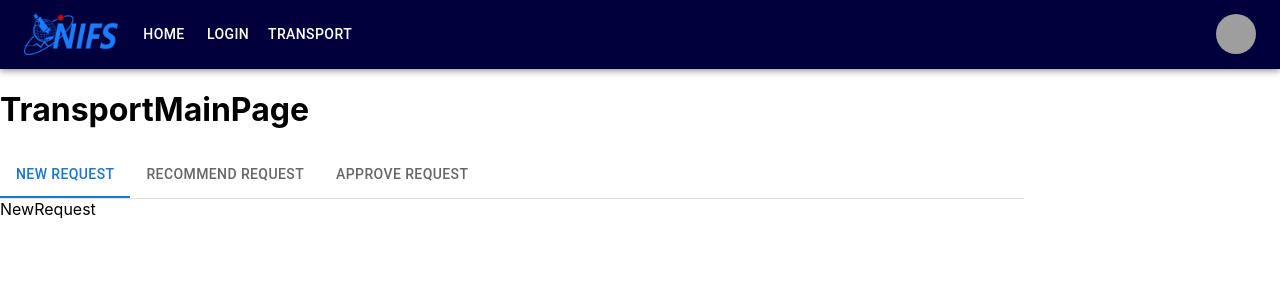
Repository: Ravindu97/NIFS_WebApplication
Page: /transport (app in client/)
These files come from the project's save history. The page is drawn as it stood at one moment and after the next save; the edit follows.
The browser window is 1280 px wide. The pictures show the whole page.
Pictures or frames that could not be fetched are drawn as grey boxes. The project was rebuilt for these pictures with package versions that can differ from the ones it lists, and the page was loaded fresh each time. Also part of the build but not shown: client/src/pages/Home.js, client/src/pages/Login.js, client/src/components/Transport/RecommendedRequest.js, client/src/components/Transport/ApproveRequest.js.

Above is the page before, as saved 2022-06-30 20:46:48.

### client/src/index.css
body {
  margin: 0;
  font-family: -apple-system, BlinkMacSystemFont, 'Segoe UI', 'Roboto', 'Oxygen',
    'Ubuntu', 'Cantarell', 'Fira Sans', 'Droid Sans', 'Helvetica Neue',
    sans-serif;
  -webkit-font-smoothing: antialiased;
  -moz-osx-font-smoothing: grayscale;
}

:root{
  --main-navbar-back: #00003c;

}


.nav-logo{
  width: 100px;
  height: auto;
}

.main-navbar{
  background-color: var(--main-navbar-back) !important;
}

### client/src/App.js
import * as React from 'react';
import { BrowserRouter as Router, Route, Routes } from 'react-router-dom';
import Navbar from './components/shared/Navbar';
import Home from './pages/Home';
import Login from './pages/Login';
import TransportMainPage from './pages/TransportMainPage';

function App() {
	return (
		<div>
			<Router>
				<Navbar />
				<Routes>
					<Route exact path="/" element={<Home />} />
					<Route exact path="/login" element={<Login />} />
					<Route exact path="/transport/*" element={<TransportMainPage />} />
				</Routes>
			</Router>
		</div>
	);
}

export default App;

### client/src/components/shared/Navbar.js
import * as React from 'react';
import AppBar from '@mui/material/AppBar';
import Box from '@mui/material/Box';
import Toolbar from '@mui/material/Toolbar';
import IconButton from '@mui/material/IconButton';
import Typography from '@mui/material/Typography';
import Menu from '@mui/material/Menu';
import MenuIcon from '@mui/icons-material/Menu';
import Container from '@mui/material/Container';
import Avatar from '@mui/material/Avatar';
import Button from '@mui/material/Button';
import Tooltip from '@mui/material/Tooltip';
import MenuItem from '@mui/material/MenuItem';
import { Link } from 'react-router-dom';
import Logo from '../../images/nifs_logo.png';

const Navbar = () => {
	const pages = [
		{
			id: 0,
			title: 'Home',
			link: '/',
		},
		{
			id: 1,
			title: 'Login',
			link: '/login',
		},
		{
			id: 2,
			title: 'Transport',
			link: '/transport',
		},
	];

	const settings = [
		{
			id: 0,
			title: 'Home',
			link: '/',
		},
		{
			id: 1,
			title: 'Login',
			link: '/login',
		},
		{
			id: 2,
			title: 'Transport',
			link: '/transport',
		},
	];

	const [anchorElNav, setAnchorElNav] = React.useState(null);
	const [anchorElUser, setAnchorElUser] = React.useState(null);

	const handleOpenNavMenu = (event) => {
		setAnchorElNav(event.currentTarget);
	};
	const handleOpenUserMenu = (event) => {
		setAnchorElUser(event.currentTarget);
	};

	const handleCloseNavMenu = () => {
		setAnchorElNav(null);
	};

	const handleCloseUserMenu = () => {
		setAnchorElUser(null);
	};

	return (
		<AppBar position="static" className="main-navbar">
			<Container maxWidth="xl">
				<Toolbar disableGutters>
					{/* <AdbIcon sx={{ display: { xs: 'none', md: 'flex' }, mr: 1 }} /> */}
					<Box sx={{ display: { xs: 'none', md: 'flex' }, mr: 1 }}>
						<img src={Logo} alt="logo" className="nav-logo" />
					</Box>

					<Box sx={{ flexGrow: 1, display: { xs: 'flex', md: 'none' } }}>
						<IconButton
							size="large"
							aria-label="account of current user"
							aria-controls="menu-appbar"
							aria-haspopup="true"
							onClick={handleOpenNavMenu}
							color="inherit"
						>
							<MenuIcon />
						</IconButton>
						<Menu
							id="menu-appbar"
							anchorEl={anchorElNav}
							anchorOrigin={{
								vertical: 'bottom',
								horizontal: 'left',
							}}
							keepMounted
							transformOrigin={{
								vertical: 'top',
								horizontal: 'left',
							}}
							open={Boolean(anchorElNav)}
							onClose={handleCloseNavMenu}
							sx={{
								display: { xs: 'block', md: 'none' },
							}}
						>
							{pages &&
								pages.map((page) => (
									<MenuItem key={page.id} onClick={handleCloseNavMenu}>
										<Link to={page.link} style={{ textDecoration: 'none' }}>
											<Typography textAlign="center">{page.title}</Typography>
										</Link>
									</MenuItem>
								))}
						</Menu>
					</Box>

					<Box
						sx={{
							mr: 2,
							display: { xs: 'flex', md: 'none' },
							flexGrow: 1,
						}}
					>
						<img src={Logo} alt="logo" className="nav-logo" />
					</Box>

					<Box sx={{ flexGrow: 1, display: { xs: 'none', md: 'flex' } }}>
						{pages &&
							pages.map((page) => (
								<Link to={page.link} style={{ textDecoration: 'none' }}>
									<Button
										key={page.id}
										onClick={handleCloseNavMenu}
										sx={{ my: 2, color: 'white', display: 'block' }}
									>
										{page.title}
									</Button>
								</Link>
							))}
					</Box>

					<Box sx={{ flexGrow: 0 }}>
						<Tooltip title="Open settings">
							<IconButton onClick={handleOpenUserMenu} sx={{ p: 0 }}>
								<Avatar
									alt="Remy Sharp"
									src="https://images.unsplash.com/photo-1566753323558-f4e0952af115?ixlib=rb-1.2.1&ixid=MnwxMjA3fDB8MHxzZWFyY2h8MXx8bWFsZXxlbnwwfHwwfHw%3D&w=1000&q=80"
								/>
							</IconButton>
						</Tooltip>
						<Menu
							sx={{ mt: '45px' }}
							id="menu-appbar"
							anchorEl={anchorElUser}
							anchorOrigin={{
								vertical: 'top',
								horizontal: 'right',
							}}
							keepMounted
							transformOrigin={{
								vertical: 'top',
								horizontal: 'right',
							}}
							open={Boolean(anchorElUser)}
							onClose={handleCloseUserMenu}
						>
							{settings.map((setting) => (
								<MenuItem key={setting.id} onClick={handleCloseUserMenu}>
									<Typography textAlign="center">{setting.title}</Typography>
								</MenuItem>
							))}
						</Menu>
					</Box>
				</Toolbar>
			</Container>
		</AppBar>
	);
};
export default Navbar;

### client/src/pages/TransportMainPage.js
import React from 'react';

import TransportNavbar from '../components/Transport/shared/TransportNavbar';
import { Route, Routes } from 'react-router-dom';
import NewRequest from '../components/Transport/NewRequest';
import RecommendedRequest from '../components/Transport/RecommendedRequest';
import ApproveRequest from '../components/Transport/ApproveRequest';

function TransportMainPage() {
	return (
		<div>
			<h1>TransportMainPage</h1>
			<TransportNavbar />
			<Routes>
				<Route exact path="/" element={<NewRequest />} />
				<Route exact path="/recommend" element={<RecommendedRequest />} />
				<Route exact path="/approve" element={<ApproveRequest />} />
			</Routes>
		</div>
	);
}

export default TransportMainPage;

### client/src/components/Transport/shared/TransportNavbar.js
import * as React from 'react';
import Tabs from '@mui/material/Tabs';
import Tab from '@mui/material/Tab';
import Box from '@mui/material/Box';
import { Link, useLocation } from 'react-router-dom';

export default function TransportNavbar() {
	const location = useLocation();
	console.log(location);
	const pages = [
		{
			id: 0,
			title: 'New Request',
			link: '/transport',
		},
		{
			id: 1,
			title: 'Recommend Request',
			link: '/transport/recommend',
		},
		{
			id: 2,
			title: 'Approve Request',
			link: '/transport/approve',
		},
	];

	return (
		<Box sx={{ width: '80%' }} className="secondary-navbar">
			<Box sx={{ borderBottom: 1, borderColor: 'divider' }}>
				<Tabs value={location.pathname}>
					{pages &&
						pages.map((page) => (
							<Tab
								key={page.id}
								label={page.title}
								value={page.link}
								component={Link}
								to={page.link}
							/>
						))}
				</Tabs>
			</Box>
		</Box>
	);
}

### client/src/components/Transport/NewRequest.js
import React from 'react';

function NewRequest() {
	return <div>NewRequest</div>;
}

export default NewRequest;

Loaded but not shown: client/src/index.js (common file); client/src/reportWebVitals.js (common file)

After the next save:
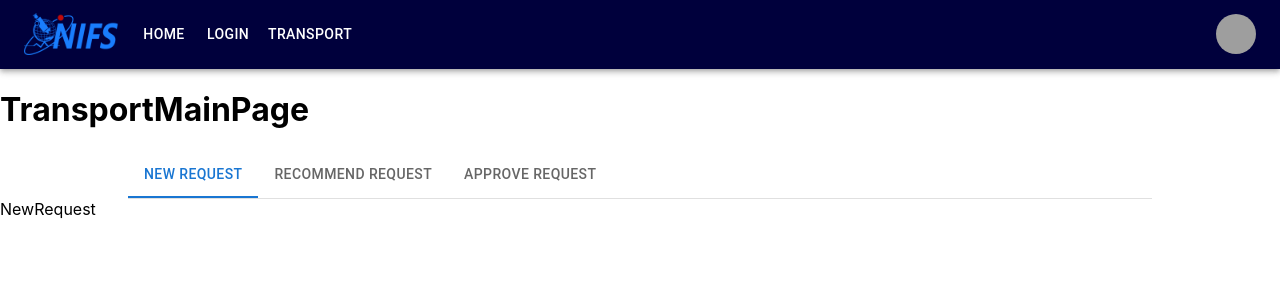
Saved 16 s later.
--- a/client/src/index.css
+++ b/client/src/index.css
@@ -21,3 +21,7 @@ body {
 .main-navbar{
   background-color: var(--main-navbar-back) !important;
 }
+
+.secondary-navbar{
+  margin:auto;
+}
